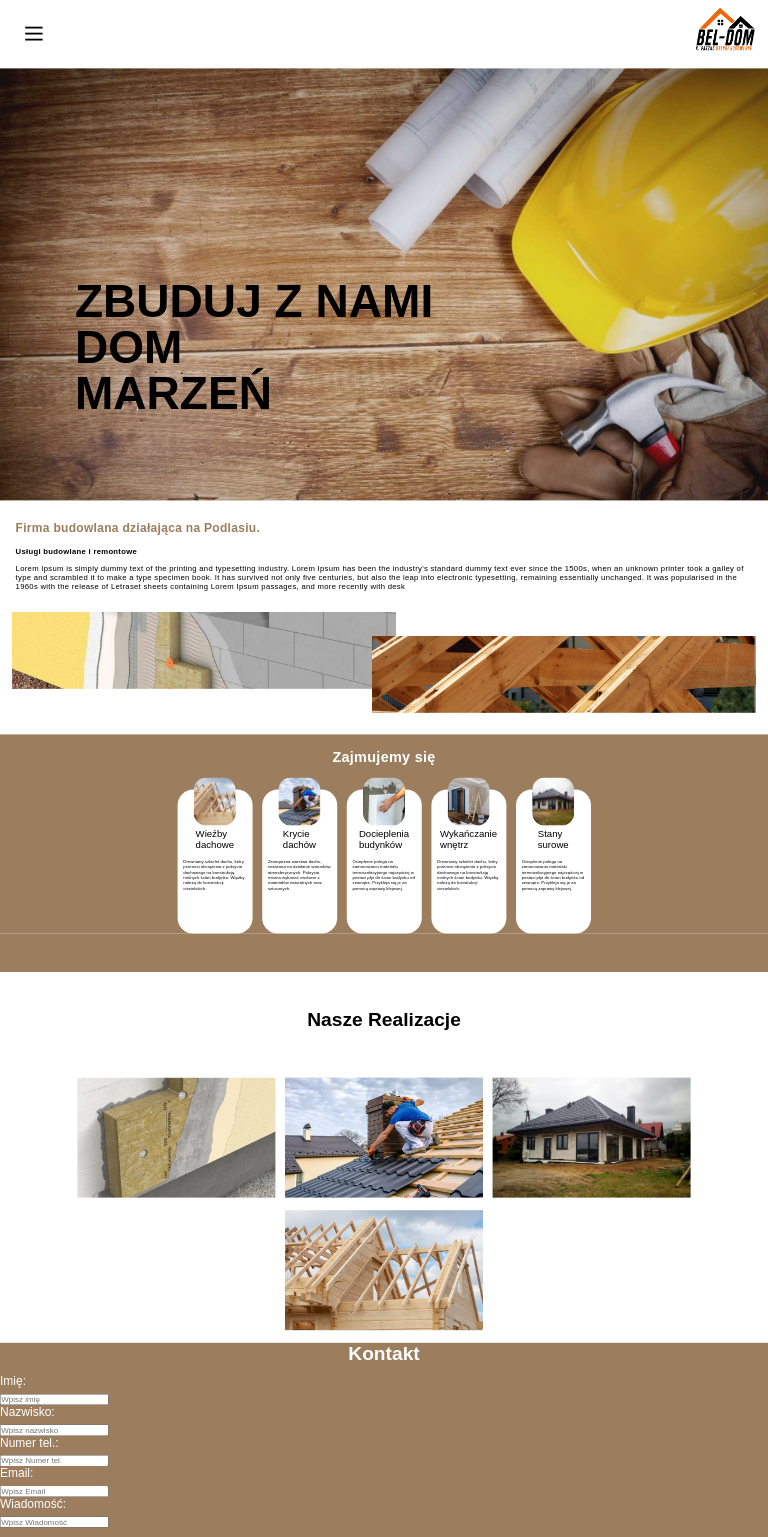
Repository: JakubPaszko2001/bel
Page: index.html
An editor plug-in stored every save of this project. The page is shown before and after the next save, followed by the edit.
The browser window is 1280 px wide. The pictures show the whole page, at 60% of full size.
Some web fonts or font styles are not loaded; a fallback is used.

Above is the page before, as saved 2022-03-05 16:45:09.

After the next save:
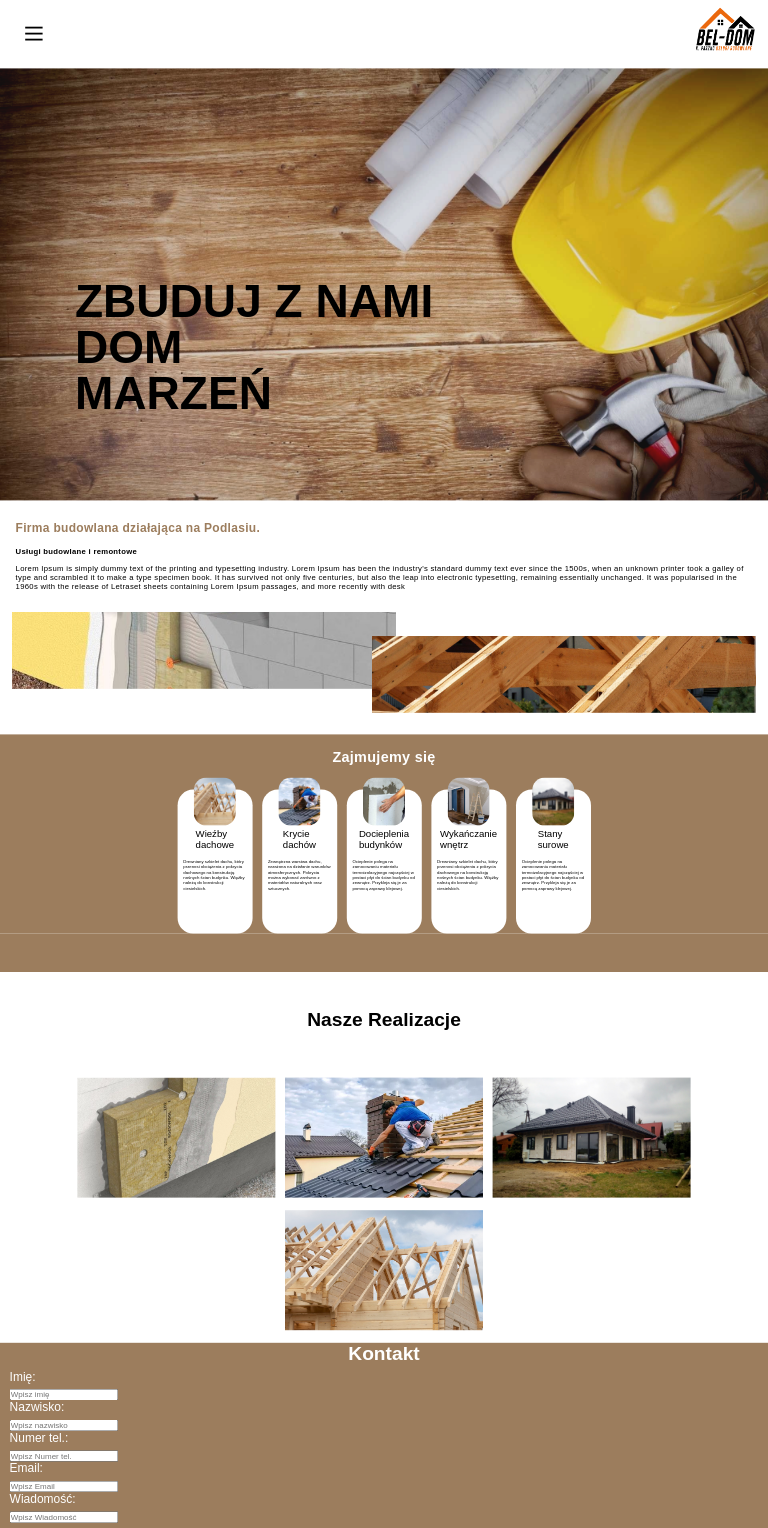
Saved 11 s later.
--- a/style.css
+++ b/style.css
@@ -282,7 +282,7 @@
     align-items: center;
 }
 .contact-text {
-    margin: 2em 0em;
+    margin: 1em 2em;
     font-size: 0.5em;
     font-weight: 100;
 }
